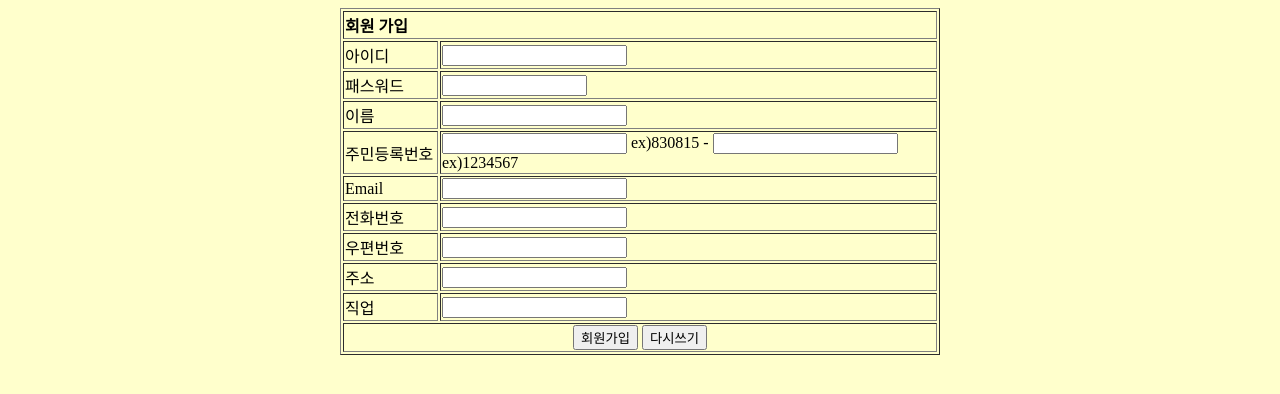
Repository: KangEunseo/2019-jsp-class
Page: http://localhost/BasicJSP/jdbcbean/member.jsp
The author's editor kept a copy of each file at every save. The page is drawn from the files as they stood at one save, then again after the next save.
The browser window is 1280 px wide. The pictures show the whole page.
The page is served by Tomcat 9.

Above is the page before, as saved 2019-08-21 23:40:02.

After the next save:
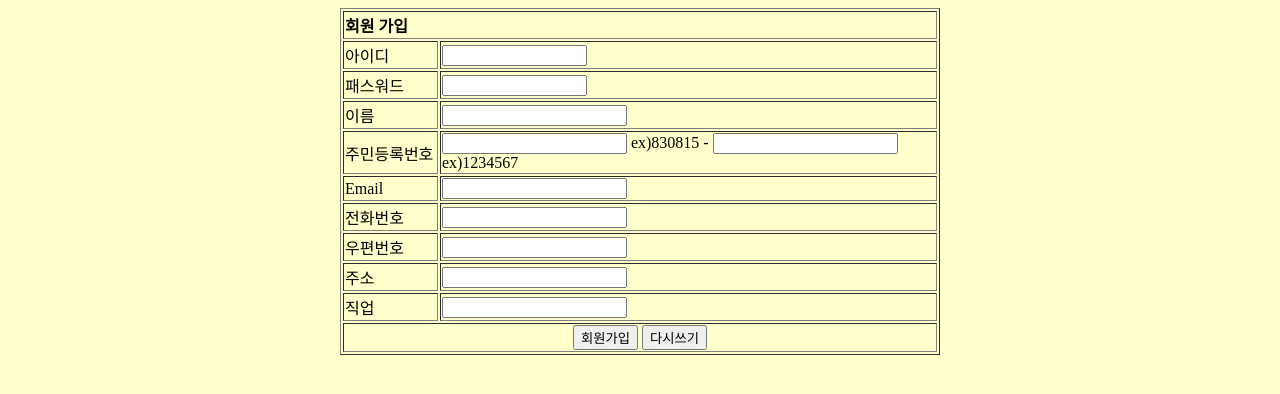
Saved 35 s later.
--- a/BasicJSP/WebContent/jdbcbean/member.jsp
+++ b/BasicJSP/WebContent/jdbcbean/member.jsp
@@ -38,7 +38,7 @@ function member_check(){
 			</tr>
 			<tr>
 				<td>아이디</td>
-				<td><input type="text" name="id"></td>
+				<td><input type="text" name="id" size="15"></td>
 			</tr>
 			<tr>
 				<td>패스워드</td>
